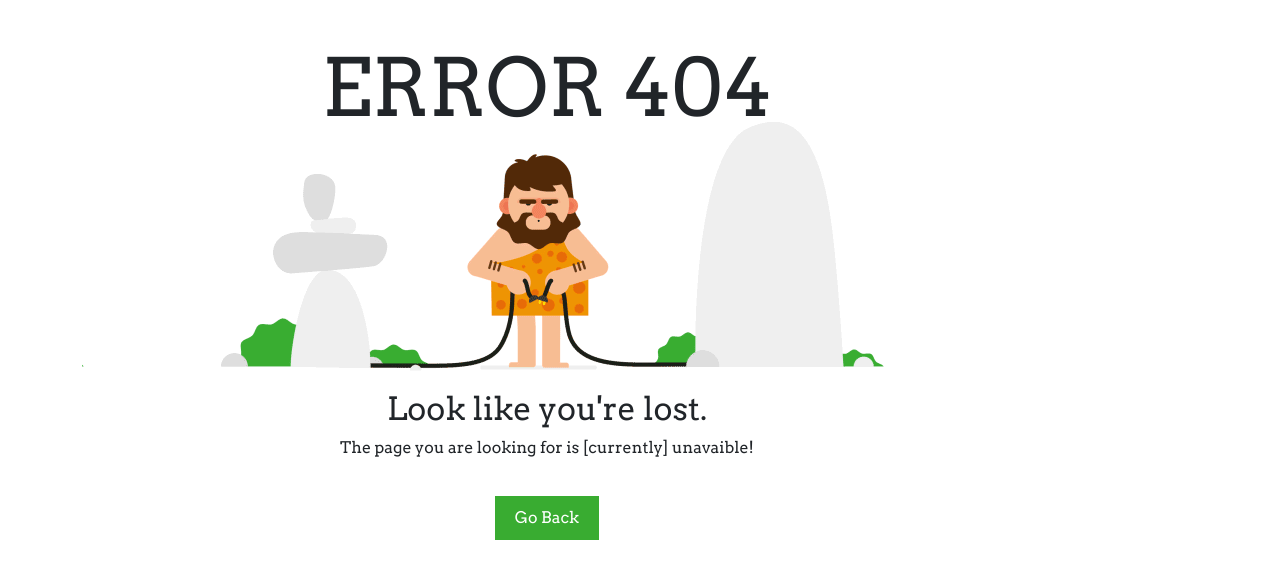
Repository: Delos-343/404-ERROR
Page: index.html
An editor plug-in stored every save of this project. The page is shown before and after the next save, followed by the edit.
The browser window is 1280 px wide. The pictures show the whole page.

Above is the page before, as saved 2022-04-23 16:14:24.

### index.html
<!DOCTYPE html>
<html lang="en">
<head>
    <meta charset="UTF-8">
    <meta http-equiv="X-UA-Compatible" content="IE=edge">
    <meta name="viewport" content="width=device-width, initial-scale=1.0">
    <link rel="stylesheet" href="https://cdn.jsdelivr.net/npm/bootstrap@5.1.0/dist/css/bootstrap.min.css">
    <link rel='stylesheet' href='https://fonts.googleapis.com/css?family=Arvo'>
    <link rel="stylesheet" href="style.css">
    <title>Error 404 | Delos-343</title>
</head>
<body>
    <section class="page_404">
        <div class="container">
          <div class="row">
            <div class="col-sm-12 ">
              <div class="col-sm-10 col-sm-offset-1  text-center">
                <div class="four_zero_four_bg">
                  <h1 class="text-center ">ERROR 404</h1>

                </div>

                <div class="contant_box_404">
                  <h3 class="h2">
                    Look like you're lost.
                  </h3>

                  <p>The page you are looking for is [currently] unavaible!</p>

                  <a href="" class="link_404">Go Back</a>
                </div>
              </div>
            </div>
          </div>
        </div>
      </section>
</body>
</html>

### style.css
.page_404 {
  padding: 40px 0;
  background: #fff;
  font-family: "Arvo", serif;
}
.page_404 img {
  width: 100%;
}
.four_zero_four_bg {
  background-image: url(404.gif);
  height: 400px;
  background-position: center;
}
.four_zero_four_bg h1 {
  font-size: 80px;
}
.four_zero_four_bg h3 {
  font-size: 80px;
}
.link_404 {
  color: #fff !important;
  padding: 10px 20px;
  background: #39ac31;
  margin: 20px 0;
  display: inline-block;
  text-decoration: none;
}
.contant_box_404 {
  margin-top: -50px;
}

After the next save:
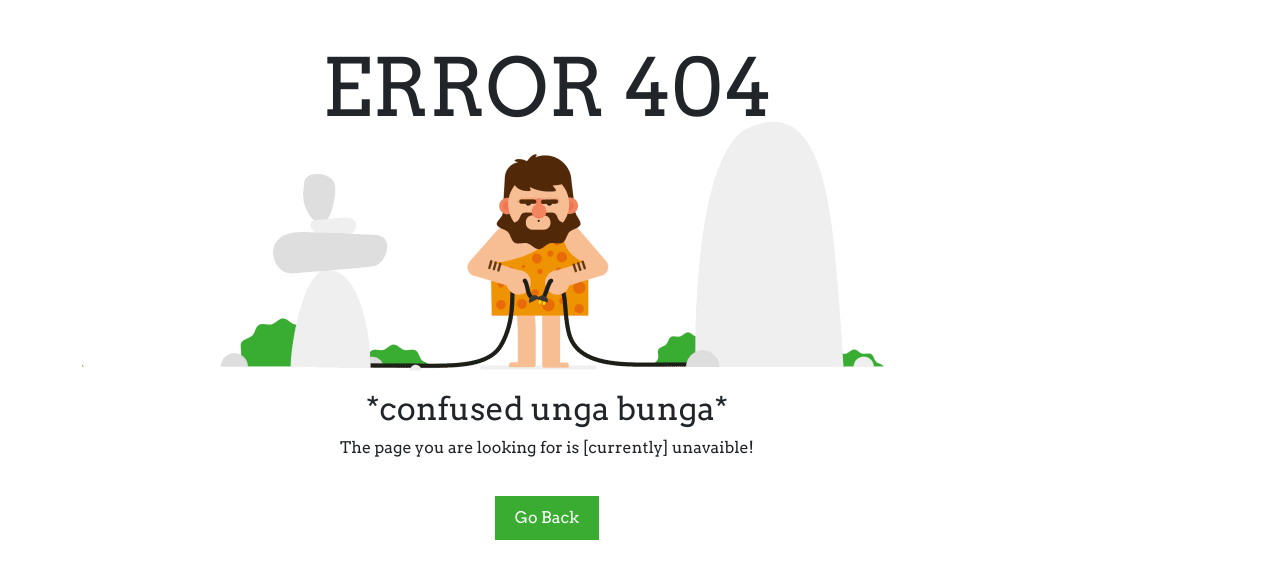
Saved 18 s later.
--- a/index.html
+++ b/index.html
@@ -22,7 +22,7 @@
 
                 <div class="contant_box_404">
                   <h3 class="h2">
-                    Look like you're lost.
+                    *confused unga bunga*
                   </h3>
 
                   <p>The page you are looking for is [currently] unavaible!</p>
